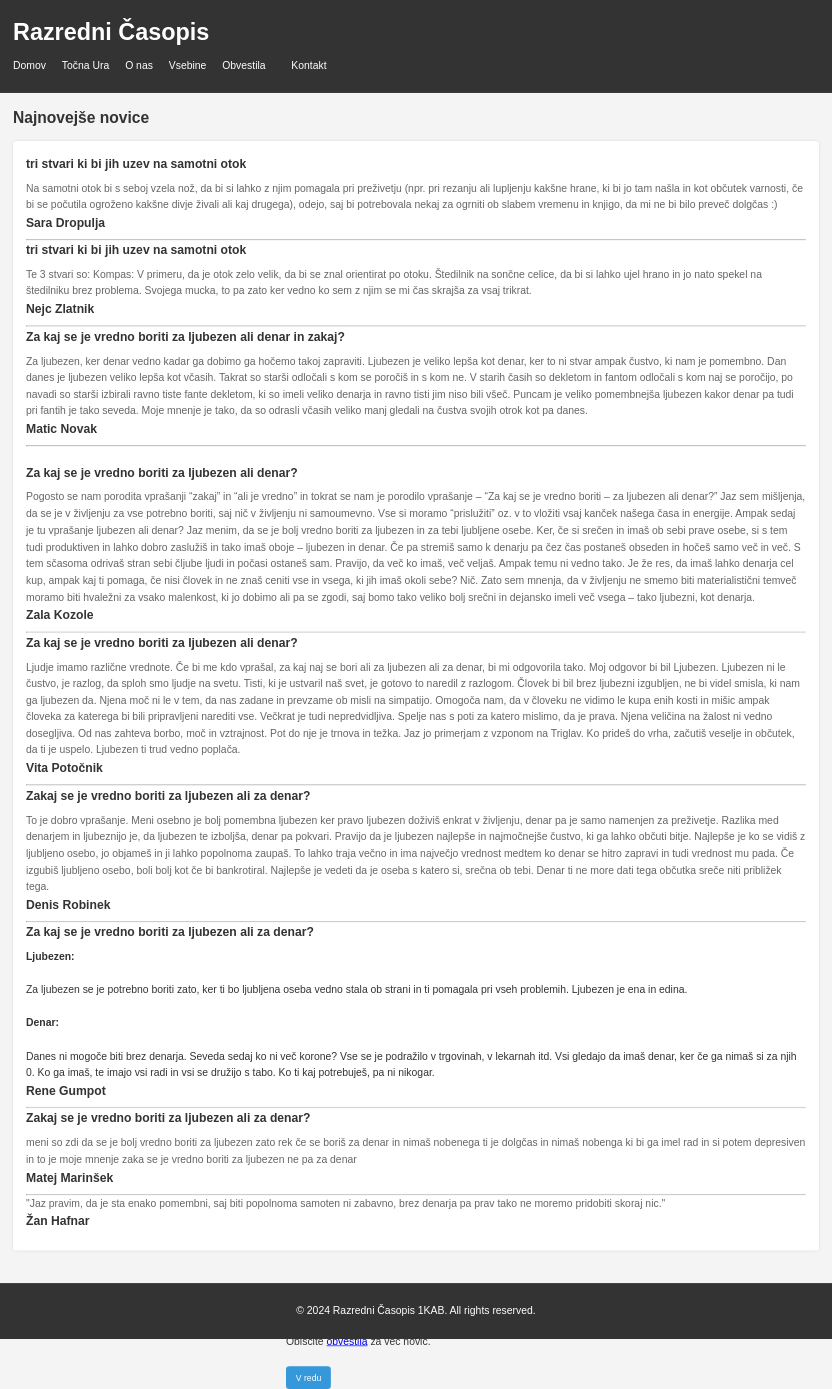
Repository: razrednicasopis/razrednicasopis.github.io
Page: Resources/casopis-html.html
These files come from the project's save history. The page is drawn as it stood at one moment and after the next save; the edit follows.
The browser window is 1280 px wide. The pictures show the whole page, at 65% of full size.

Above is the page before, as saved 2024-01-18 09:25:48.

### Resources/casopis-html.html
<!DOCTYPE html>
<html lang="en">
<head>
  <meta charset="UTF-8">
  <meta name="viewport" content="width=device-width, initial-scale=1.0">
  <link rel="stylesheet" href="styless.css">
  <link rel="stylesheet" href="system.css">
  <title>Razredni Časopis</title>
</head>
<body>


<div id="wrapper">
<div class="vrstica">
<header>
  <h1>Razredni Časopis</h1>
  <nav>
    <ul>
      <li><a href="#">Domov</a></li>
      <li><a href="Ura.html">Točna Ura</a></li>
      <li><a href="admin.html">O nas</a></li>
      <li><a href="vsebine.html">Vsebine </a></li>
      <li><a href="obvestila.html">Obvestila</a></li>
      <li><a href="#" id="showPopupLink" onclick="blur">Kontakt</a></li>
    </ul>
  </nav>
</header>
</div>

<main>
  <section class="novice">
    <h2>Najnovejše novice</h2>
    <article>
      <h3>tri stvari ki bi jih uzev na samotni otok</h3>
      <p>Na samotni otok bi s seboj vzela nož, da bi si lahko z njim pomagala pri preživetju (npr. pri rezanju ali lupljenju kakšne hrane, ki bi jo tam našla in kot občutek varnosti, če bi se počutila ogroženo kakšne divje živali ali kaj drugega), odejo, saj bi potrebovala nekaj za ogrniti ob slabem vremenu in knjigo, da mi ne bi bilo preveč dolgčas :)

</p>
<h3>Sara Dropulja</h3>
<hr>
      <h3>tri stvari ki bi jih uzev na samotni otok</h3>
            <p>Te 3 stvari so:
Kompas: V primeru, da je otok zelo velik, da bi se znal orientirat po otoku.
Štedilnik na sončne celice, da bi si lahko ujel hrano in jo nato spekel na štedilniku brez problema.
Svojega mucka, to pa zato ker vedno ko sem z njim se mi čas skrajša za vsaj trikrat.
<h3>Nejc Zlatnik</h3>
</p>
<hr>
<h3>Za kaj se je vredno boriti za ljubezen ali denar in zakaj?</h3>
  <p>Za ljubezen, ker denar vedno kadar ga dobimo ga hočemo takoj zapraviti. Ljubezen je veliko lepša kot denar, ker to ni stvar ampak čustvo, ki nam je pomembno. Dan danes je ljubezen veliko lepša kot včasih. Takrat so starši odločali s kom se poročiš in s kom ne. V starih časih so dekletom in fantom odločali s kom naj se poročijo, po navadi so starši izbirali ravno tiste fante dekletom, ki so imeli veliko denarja in ravno tisti jim niso bili všeč. Puncam je veliko pomembnejša ljubezen kakor denar pa tudi pri fantih je tako seveda. Moje mnenje je tako, da so odrasli včasih veliko manj gledali na čustva svojih otrok kot pa danes.

<h3>Matic Novak</h3></p>

<hr>
<br>
<h3>Za kaj se je vredno boriti za ljubezen ali denar?
</h3>
<p>Pogosto se nam porodita vprašanji “zakaj” in “ali je vredno” in tokrat se nam je porodilo vprašanje – “Za kaj se je vredno boriti – za ljubezen ali denar?”
Jaz sem mišljenja, da se je v življenju za vse potrebno boriti, saj nič v življenju ni samoumevno. Vse si moramo “prislužiti” oz. v to vložiti vsaj kanček našega časa in energije.
Ampak sedaj je tu vprašanje ljubezen ali denar? Jaz menim, da se je bolj vredno boriti za ljubezen in za tebi ljubljene osebe. Ker, če si srečen in imaš ob sebi prave osebe, si s tem tudi produktiven in lahko dobro zaslužiš in tako imaš oboje – ljubezen in denar.
Če pa stremiš samo k denarju pa čez čas postaneš obseden in hočeš samo več in več. S tem sčasoma odrivaš stran sebi čljube ljudi in počasi ostaneš sam.
Pravijo, da več ko imaš, več veljaš. Ampak temu ni vedno tako. Je že res, da imaš lahko denarja cel kup, ampak kaj ti pomaga, če nisi človek in ne znaš ceniti vse in vsega, ki jih imaš okoli sebe? Nič. Zato sem mnenja, da v življenju ne smemo biti materialistični temveč moramo biti hvaležni za vsako malenkost, ki jo dobimo ali pa se zgodi, saj bomo tako veliko bolj srečni in dejansko imeli več vsega – tako ljubezni, kot denarja.<br>
<h3>Zala Kozole</h3>
</p>
<hr>
<h3>Za kaj se je vredno boriti za ljubezen ali denar?</h3>
<p>Ljudje imamo različne vrednote. Če bi me kdo vprašal, za kaj naj se bori ali za ljubezen ali za denar, bi mi odgovorila tako. Moj odgovor bi bil Ljubezen.
Ljubezen ni le čustvo, je razlog, da sploh smo ljudje na svetu. Tisti, ki je ustvaril naš svet, je gotovo to naredil z razlogom. Človek bi bil brez ljubezni izgubljen, ne bi videl smisla, ki nam ga ljubezen da. Njena moč ni le v tem, da nas zadane in prevzame ob misli na simpatijo. Omogoča nam, da v človeku ne vidimo le kupa enih kosti in mišic ampak človeka za katerega bi bili pripravljeni narediti vse. Večkrat je tudi nepredvidljiva. Spelje nas s poti za katero mislimo, da je prava. Njena veličina na žalost ni vedno dosegljiva. Od nas zahteva borbo, moč in vztrajnost. Pot do nje je trnova in težka. Jaz jo primerjam z vzponom na Triglav. Ko prideš do vrha, začutiš veselje in občutek, da ti je uspelo. Ljubezen ti trud vedno poplača.
</p>
      <h3>Vita Potočnik</h3>
      <hr>
      <h3>Zakaj se je vredno boriti za ljubezen ali za denar?
</h3>
<P>To je dobro vprašanje. Meni osebno je bolj pomembna ljubezen ker pravo ljubezen doživiš enkrat v življenju, denar pa je samo namenjen za preživetje. Razlika med denarjem in ljubeznijo je, da ljubezen te izboljša, denar pa pokvari. Pravijo da je ljubezen najlepše in najmočnejše čustvo, ki ga lahko občuti bitje. Najlepše je ko se vidiš z ljubljeno osebo, jo objameš in ji lahko popolnoma zaupaš. To lahko traja večno in ima največjo vrednost medtem ko denar se hitro zapravi in tudi vrednost mu pada. Če izgubiš ljubljeno osebo, boli bolj kot če bi bankrotiral. Najlepše je vedeti da je oseba s katero si, srečna ob tebi. Denar ti ne more dati tega občutka sreče niti približek tega.</P>
<h3>Denis Robinek</h3>
<hr>
<h3>Za kaj se je vredno boriti za ljubezen ali za denar?</h3>
<p><h4>Ljubezen:</h4><br>
Za ljubezen se je potrebno boriti zato, ker ti bo ljubljena oseba vedno stala ob strani in ti pomagala pri vseh problemih. Ljubezen je ena in edina.<br>
<br>
<h4>Denar:</h4>
<br>
Danes ni mogoče biti brez denarja. Seveda sedaj ko ni več korone? Vse se je podražilo v trgovinah, v lekarnah itd. Vsi gledajo da imaš denar, ker če ga nimaš si za njih 0. Ko ga imaš, te imajo vsi radi in vsi se družijo s tabo. Ko ti kaj potrebuješ, pa ni nikogar.
<h3>Rene Gumpot</h3></p>
<hr>
<h3>Zakaj se je vredno boriti za ljubezen ali za denar?</h3>
<p>meni so zdi da se je bolj vredno boriti za ljubezen zato rek če se boriš
za denar in nimaš nobenega ti je dolgčas in nimaš nobenga ki bi ga imel rad in si potem depresiven
in to je moje mnenje zaka se je vredno boriti za ljubezen ne pa za denar

<h3>Matej Marinšek</h3></p>
<hr>
    <p>"Jaz pravim, da je sta enako pomembni, saj biti popolnoma samoten ni zabavno, brez denarja pa prav tako ne moremo pridobiti skoraj nic."

<h3>Žan Hafnar</h3></p>


    </article>
    <!-- Dodaj več novic -->
  </section>

</main>
</div>

<footer>
  <p>&copy; 2024 Razredni Časopis 1KAB. All rights reserved.
  </footer>



<!--Od tu naprej je koda za razne stvari kot so popupi-->

<div class="popupContainer">
  <div id="popupContent">
      <h1><b>NEDOSEGLJIVE VSEBINE</b></h1>
      <p>Te vsebine bodo na voljo v naslednjih verzijah strani.
      <p>Obiščite <a href="obvestila.html">obvestila</a> za več novic.<p><br>
      <button id="closePopupBtn">V redu</button>
  </div>
</div>

<script src="alerts.js"></script>

</body>
</html>

### Resources/styless.css
* {
  margin: 0;
  padding: 0;
  box-sizing: border-box;
}

/* Globalni slogi */
body {
  font-family: Arial, sans-serif;
  line-height: 1.6;
  background-color: #f4f4f4;
  color: #333;
  margin: 0;
  padding: 0;
}


.container {
    text-align: center;
    margin-top: 50px;
}

.border-box {
    display: inline-block;
    padding: 200px;
    width: 550px;
    height: 500px;
    border: 5px solid #333; /* Set your desired border color */
    border-radius: 30px; /* Set the border radius for slightly curved corners */
    background-color: #333; /* Set your desired background color inside the border */
}

form textarea {
  width: 100%;
  padding: 8px;
  justify-content: left;
  margin-left: auto;

  margin-bottom: 10px;
}

header {
  background: #333;
  color: #fff;
  padding: 20px;
}

header h1 {
  margin: 0;
  font-size: 36px;
}

nav ul {
  list-style: none;
}

nav ul li {
  display: inline;
  margin-right: 20px;
}

nav ul li a {
  color: #fff;
  text-decoration: none;
}

main {
  padding: 20px;
}

section {
  margin-bottom: 30px;
}

section h2 {
  margin-bottom: 15px;
}

article {
  background: #fff;
  padding: 20px;
  border-radius: 5px;
  box-shadow: 0 0 5px rgba(0, 0, 0, 0.1);
}

article h3 {
  margin-bottom: 10px;
}

article p {
  color: #666;
}

article a {
  display: inline-block;
  margin-top: 10px;
  text-decoration: none;
  color: #333;
  border-bottom: 1px solid #333;
  padding-bottom: 2px;
}

article a:hover {
  color: #000;
  border-color: #000;
}

.wrapper {
  flex: 1;
}

footer {
  text-align: center;
  padding: 30px;
  background-color: #333;
  color: #fff;
  position: absolute;
  bottom: auto;
  width: 100%;
  text-align: center;
}

### Resources/system.css
/* Koda za "Coming Soon" pop-up */

#popupContainer {
    display: none;
    position: fixed;
    top: 50%;
    left: 50%;
    transform: translate(-50%, -50%);
    background-color: #ffffff;
    box-shadow: 0 4px 8px rgba(0, 0, 0, 0.1);
    padding: 20px;
    border-radius: 10px;
    text-align: center;
  }


  #popupContent {
    max-width: 400px;
    margin: 0 auto;
  }

  #closePopupBtn {
    background-color: #3498db;
    color: #ffffff;
    padding: 10px 15px;
    border: none;
    border-radius: 5px;
    cursor: pointer;
  }

  #closePopupBtn:hover {
      background-color: #4da8e1;
  }

  #showPopupLink {
    display: inline-block;
    padding: 10px 15px;
    color: #ffffff;
    text-decoration: none;
    border-radius: 5px;
    cursor: pointer;
  }

#showPopupLink.popupActive {
    background-color: #ff6600;
    color: #ffffff;
}

.popupContainer#blur.active {
    filter: blur(20px);
}

/* Koda za "Kontakt" obrazec */

#contactform {
    align-self: center;
    }

### Resources/alerts.js
document.getElementById('showPopupLink').addEventListener('click', function(event) {
    event.preventDefault();
    document.getElementById('popupContainer').style.display = 'block';
    document.body.classList.add('blur-background');
});

document.getElementById('closePopupBtn').addEventListener('click', function() {
    document.getElementById('popupContainer').style.display = 'none';
    document.body.classList.remove('blur-background');
});

After the next save:
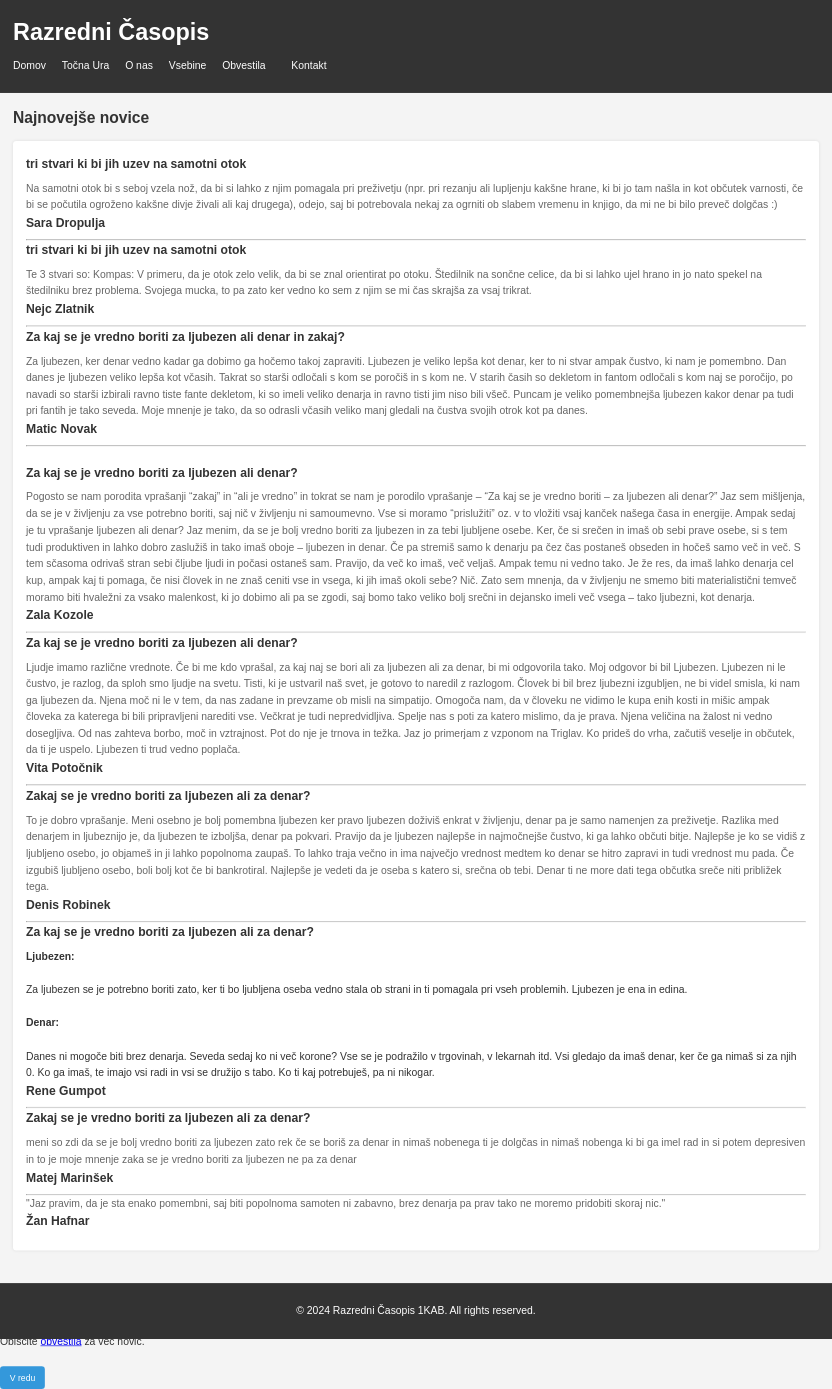
Saved 4 s later.
--- a/Resources/casopis-html.html
+++ b/Resources/casopis-html.html
@@ -110,7 +110,7 @@ in to je moje mnenje zaka se je vredno boriti za ljubezen ne pa za denar
 <!--Od tu naprej je koda za razne stvari kot so popupi-->
 
 <div class="popupContainer">
-  <div id="popupContent">
+  <div class="popupContent">
       <h1><b>NEDOSEGLJIVE VSEBINE</b></h1>
       <p>Te vsebine bodo na voljo v naslednjih verzijah strani.
       <p>Obiščite <a href="obvestila.html">obvestila</a> za več novic.<p><br>
